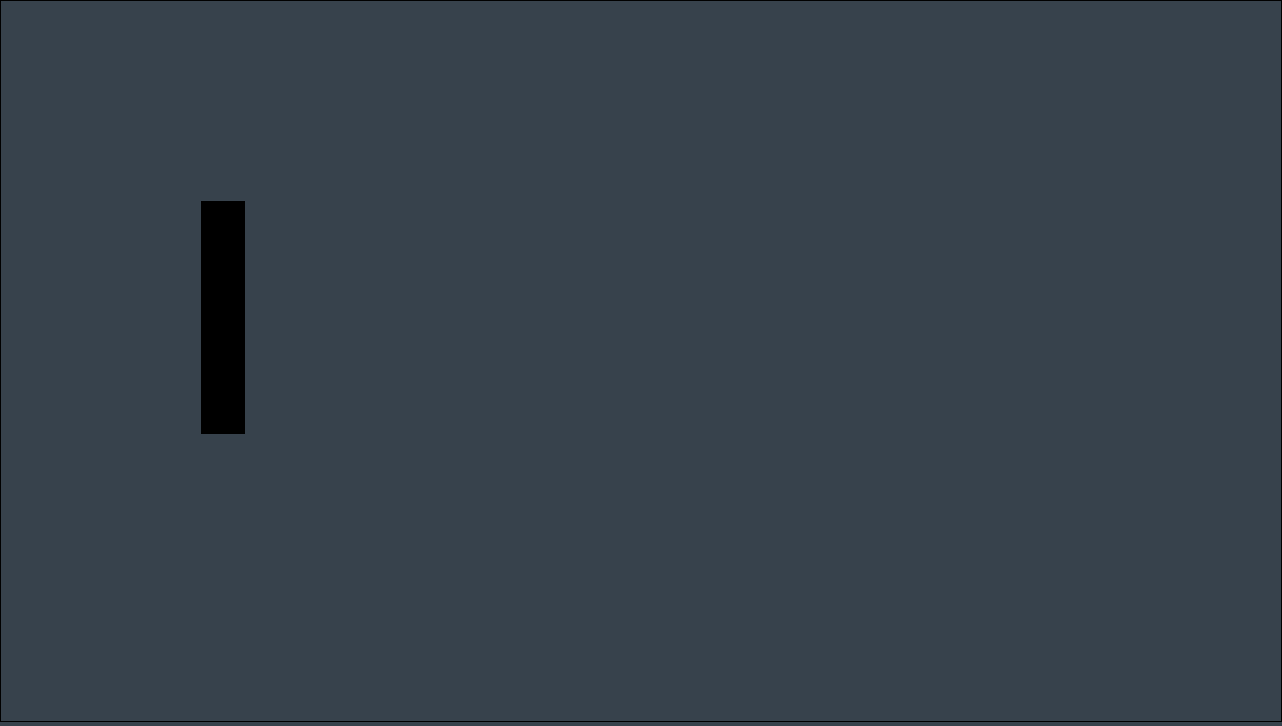
Repository: randy918/chris-canvas-52323
Page: index.html
The author's editor kept a copy of each file at every save. The page is drawn from the files as they stood at one save, then again after a run of saves.
The browser window is 1280 px wide. The page is 1282 px wide, so the pictures cover 1282 px, including what lies to the right of the window. The pictures show the whole page.
The style sheet was rebuilt from its Sass, Less or Tailwind sources for each picture, by a compiler version that may differ from the author's.

Above is the page before, as saved 2023-05-24 13:21:00.

### index.html
<!DOCTYPE html>
<html lang="en">
	<head>
		<meta charset="UTF-8" />
		<meta http-equiv="X-UA-Compatible" content="IE=edge" />
		<meta
			name="viewport"
			content="width=device-width, initial-scale=1.0"
		/>
		<link
			rel="stylesheet"
			href="css/main.css"
			<script
			src="https://ajax.googleapis.com/ajax/libs/jquery/3.6.3/jquery.min.js"
			defer
		/>

		<title>Canvas Resize</title>
	</head>

	<body>
		<canvas></canvas>

		<script src="js/myfunctions.js"></script>
		<script src="js/index.js"></script>
	</body>
</html>

<!-- ca1f26ba6eb2ba4fb641257b39d3bea7 -->

### js/myfunctions.js
//todo   function r(min, max)  Random integers, can be just 'max'
//todo   function getTime()--works! it is 72519.1414 format
//todo   function getCompleteDate()
//todo   function getMinute()
//todo   function getHour()
//todo   function getHour00()
//todo   function get24Hour()
//todo   function get24Hour00()
//todo   function getDay()
//todo   function getDay00()
//todo   function getMonth()
//todo   function getMonth00()
//todo   function getYear()
//todo   function getYear00()
//todo   function t()    eternal timestamp long number
//todo   function placeText(myIdClass, text)   unsure if it works?
//todo   function placeText2(myIdClass, text)   unsure if it works?
//todo   function getText(myIdClass)....brings whole line incl. tags
//todo   function getInnerText(myIdClass)
//todo   function getOuterText(myIdClass)
//todo   function addClass(myIdClass, newClass)
//todo   function removeClass(myIdClass, removeClass)
//todo   function changeBackgroundColor(myIdClass, color)
//todo   function changeTypeColor(myIdClass, color)
//todo   function changeTypeSize(myIdClass, size)
//todo   function addCSSText(myIdClass, text)



function r(min, max) {
  // 2.0, accepts single value for 1-x
  if (max === undefined) {
    max = min;
    min = 1;
  }
  const randomNumber = min - 1 + Math.ceil(Math.random() * (max + 1 - min));
  return randomNumber;
}
// may not be a real function
function getTime() {
  var today = new Date();
  var codeMonth = today.getMonth() + 1;
  var codeDay = today.getDate();
  if (codeDay < 10) {
    codeDay = "0" + codeDay;
  }
  var codeMinute = today.getMinutes();
  var codeHour = today.getHours();
  if (codeMinute < 10) {
    codeMinute = "0" + codeMinute;
  }
  if (codeHour < 10) {
    codeHour = "0" + codeHour;
  }
  var codeYear = today.getFullYear() - 2000;
  var dateTime =
    codeMonth + "" + codeDay + "" + codeYear + "." + codeHour + "" + codeMinute;
  // document.getElementById(`timeStamp`).innerHTML = dateTime;
  t = setTimeout(function () {
    getTime();
  }, 30000);
  return dateTime;
}

function getCompleteDate() {
  const today = new Date();
  return today;
}

function getMinute() {
  const today = new Date();
  const codeMinute = today.getMinutes();
  if (codeMinute < 10) {
    codeMinute = "0" + codeMinute;
  }
  return codeMinute;
}

function getMinute00() {
  const today = new Date();
  let codeMinute = today.getMinutes();
  if (codeMinute < 10) {
    codeMinute = "0" + codeMinute;
  }
  return codeMinute;
}

function getHour() {
  const today = new Date();
  let codeHour = today.getHours();
  if (codeHour > 12) {
    codeHour = codeHour - 12;
  }
  return codeHour;
}

function getAmPm() {
  let amPm = "am";
  const today = new Date();
  let codeHour = today.getHours();
  if (codeHour > 12) {
    amPm = "pm";
  }
  return amPm;
}

function getHour00() {
  const today = new Date();
  const codeHour = today.getHours();
  if (codeHour > 12) {
    codeHour = codeHour - 12;
  }
  if (codeHour < 10) {
    codeHour = "0" + codeHour;
  }
  return codeHour;
}

function get24Hour() {
  const today = new Date();
  const codeHour = today.getHours();
  return codeHour;
}

function get24Hour00() {
  const today = new Date();
  const codeHour = today.getHours();
  if (codeHour < 10) {
    codeHour = "0" + codeHour;
  }
  return codeHour;
}

function getDayVerbal() {
  const today = new Date();
  const codeDay = today.getDay() + 1;
  return theDay[codeDay];
}

function getDay00() {
  const today = new Date();
  const codeDay = today.getDate();
  if (codeDay < 10) {
    codeDay = "0" + codeDay;
  }
  return codeDay;
}

function getDay() {
  const today = new Date();
  const codeDay = today.getDate();
  return codeDay;
}

function getMonthVerbal() {
  const today = new Date();
  const codeMonth = today.getMonth() + 1;
  return theMonth[codeMonth];
}

function getMonth00() {
  const today = new Date();
  const codeMonth = today.getMonth() + 1;
  if (codeMonth < 10) {
    codeMonth = "0" + codeMonth;
  }
  return codeMonth;
}

function getMonth() {
  const today = new Date();
  const codeMonth = today.getMonth() + 1;
  return codeMonth;
}

function getYear00() {
  const today = new Date();
  const codeYear = today.getYear() - 100;
  if (codeYear < 10) {
    codeMYear = "0" + codeYear;
  }
  return codeYear;
}

function getYear() {
  const today = new Date();
  const codeYear = today.getYear() + 1900;
  return codeYear;
}

function t() {
  const now = new Date();
  eventTimestamp = now.getTime();
  // c(eventTimestamp);
  return eventTimestamp;
}
//    !  72419.1659 DOM MANIPULATION
//!
//!  placeText   element name, and text to put there--runs loosely?

function placeText(myIdClass, text) {
  const myElement = document.querySelector(myIdClass);
  myElement.innerText = text;
}
//    the function is longer than the original
// $(myIdClass).text(text)   <---works
function placeText2(myIdClass, text) {
  $(myIdClass).text(text);
}
function getText(myIdClass) {
  return document.querySelector(myIdClass);
}

function getInnerText(myIdClass) {
  return document.querySelector(myIdClass).innerHTML;
}

function getOuterText(myIdClass) {
  return document.querySelector(myIdClass).outerHTML;
}

function addClass(myIdClass, newClass) {
  document.querySelector(myIdClass).classList.add(newClass);
}

function removeClass(myIdClass, removeClass) {
  document.querySelector(myIdClass).classList.remove(removeClass);
}
// not sure what this one is for now
function containsClass(myIdClass, containsClass) {
  document.querySelector(myIdClass).classList.contains(containsClass);
}
// above, can switch and toggle  also  mmtuts YOUTUBE 29-31 USING JAVASCRIPT
function changeBackgroundColor(myId, color) {
  document.getElementById(myId).style.background = color;

  // document.querySelector(myIdClass).style.backgroundColor = color;
}

function changeTypeColor(myIdClass, color) {
  document.querySelector(myIdClass).style.color = color;
}

function changeTypeSize(myIdClass, size) {
  document.querySelector(myIdClass).style.fontSize = size;
}

function addCSSText(myIdClass, text) {
  document.querySelector(myIdClass).style.cssText = text;
}

//!  72519.1714    Common Basic VARIABLE ARRAYS
var theDay = new Array(
  "Zero",
  "Sunday",
  "Monday",
  "Tuesday",
  "Wednesday",
  "Thursday",
  "Friday",
  "Saturday"
);
var theDayMin3 = new Array(
  "Zero",
  "Sun.",
  "Mon.",
  "Tues.",
  "Wed.",
  "Thurs.",
  "Fri.",
  "Sat."
);
var theDayMin2 = new Array("Zero", "S", "M", "Tu", "W", "Th", "F", "S");
var theDayMin1 = new Array("Zero", "S", "M", "T", "W", "T", "F", "S");
var theMonth = new Array(
  "Zero",
  "January",
  "February",
  "March",
  "April",
  "May",
  "June",
  "July",
  "August",
  "September",
  "October",
  "November",
  "December"
);
var theMonthMin = new Array(
  "Zero",
  "Jan.",
  "Feb.",
  "Mar.",
  "Apr.",
  "May",
  "June",
  "July",
  "Aug.",
  "Sept.",
  "Oct.",
  "Nov.",
  "Dec."
);

function showDateTimeFormat() {
  const today = new Date();
  const formattedDate = new Intl.DateTimeFormat("en-US").format(today);
  const consoleFunctioningMessage = `
Console functioning: ${getDayVerbal()}, ${getMonthVerbal()} ${getDay()} at ${getHour()}:${getMinute00()}${getAmPm()}
  `;
  return consoleFunctioningMessage;
}
showDateTimeFormat();

console.log(`%c${showDateTimeFormat()}`, "font-size: 20px; color: gray");

//console.log("%cThis is a default font style", "color: blue; font-size: 20px");

### js/index.js
//!  121822.0826        FUNCTIONS

const init = function () {
	main();
};

window.onload = function () {
	init();
};

//!  123122.1839        MAIN

const main = function () {
	//!  10123.1609  variables

	const canvas = document.querySelector("canvas");
	canvas.width = window.innerWidth;
    canvas.height = window.innerHeight;

    const c = canvas.getContext('2d');
    console.log(canvas);

	//!  10123.1609 functions

	//!  10123.161 0  main body

	//!  123122.1839  END
    c.fillRect(200, 200, 44, 233);
    c.fillRect(200, 200, 44, 233);


};

### css/main.scss
$colors: (
    bg: rgba(55, 66, 76, 1),
    theGreen: rgba(0, 173, 43, 1),
    theRed: rgba(194, 47, 51, 1),
    theOrange: rgba(255, 103, 0, 1),
    theRodeoPink: #f1a1a4,
    theRodeoBlue: #7f86b0,
    theYellow: rgb(221, 172, 94),
    theGray: rgb(78, 92, 107),
    theBackground: rgba(241, 227, 214, 1),
    theDarkGray: rgba(43, 50, 56, 1),
    theBrown: rgba(101, 42, 36, 1),
    bitByBitRed: rgba(240, 44, 80, 1),
    bitByBitBlue: rgba(0, 79, 136, 1),
    bitByBitBlonde: rgba(241, 227, 214, 1),
    bbb2-TranquilSea: rgba(188, 199, 203, 1),
    bbb2-RedMyMind: rgba(143, 57, 56, 1),
    bbb2-SnowyPine: rgba(226, 223, 216, 1),
    bbb2-Basswood: rgba(188, 166, 142, 1),
    bbb2-CompassBlue: rgba(51, 66, 87, 1),
);

@function getColor($color-name) {
    @return map-get($colors, $color-name);
}

* {
    box-sizing: border-box;
    border: none;
}

body {
    color: getColor(bbb2-TranquilSea);
    background: getColor(bg);
    margin: 0;
}

h1 {
}

#inputValue {
    width: 40vw;
    font-size: 2vw;
    outline: none;
}

#search {
    color: beige;
    background-color: getColor(theDarkGray);
    outline: none;
    font-size: 2vw;
}

canvas {
    border: 1px solid black;
}

After the next 2 saves:
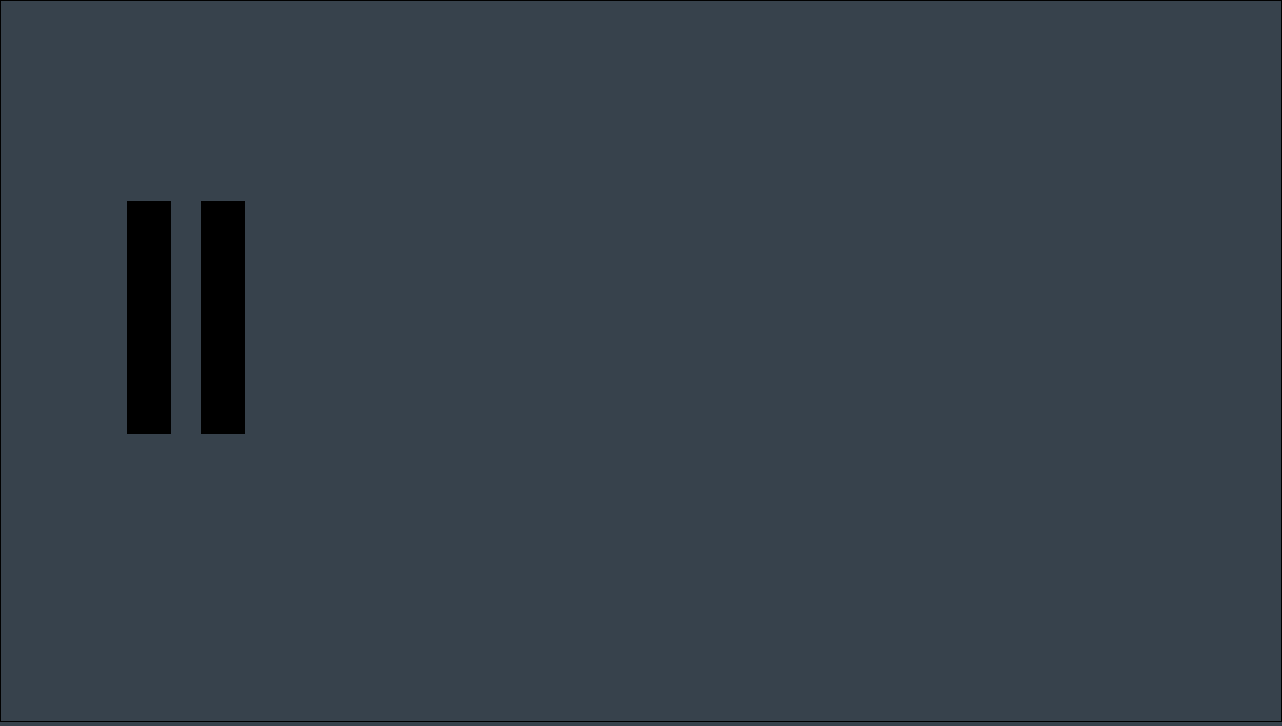
The 2 saves are shown as one change because they came seconds apart.
The last was saved 12 s later.
--- a/js/index.js
+++ b/js/index.js
@@ -26,7 +26,7 @@ const main = function () {
 
 	//!  123122.1839  END
     c.fillRect(200, 200, 44, 233);
-    c.fillRect(200, 200, 44, 233);
+    c.fillRect(r(200), 200, 44, 233);
 
 
 };
